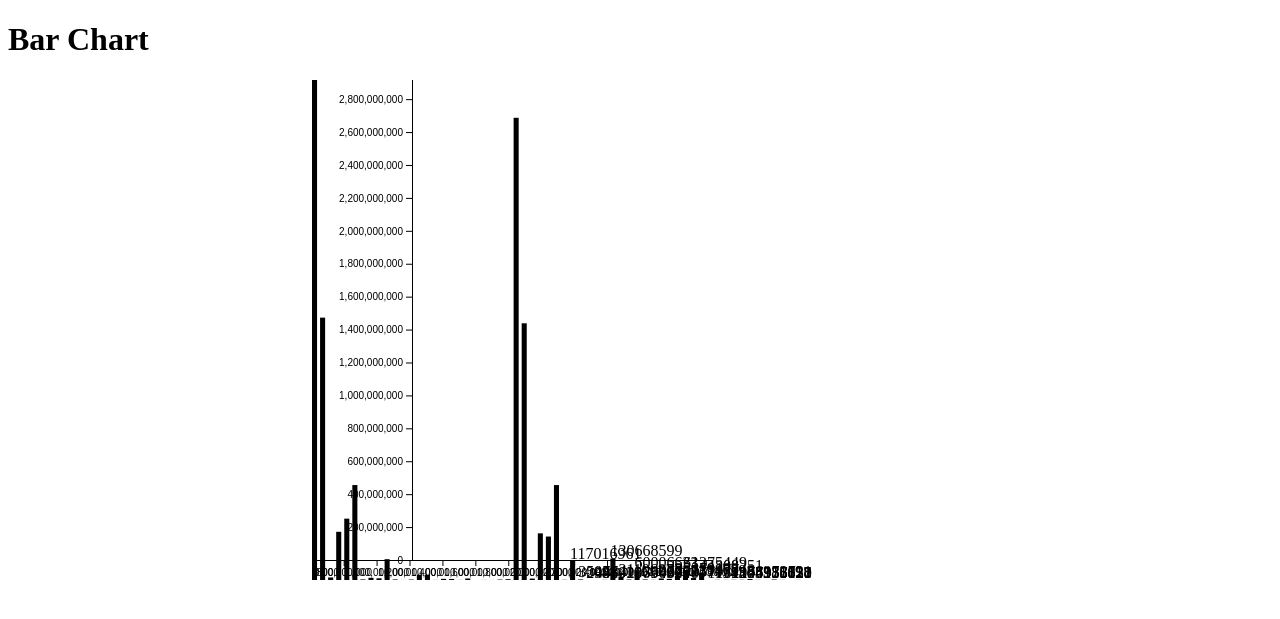
Repository: komalharjani/d3js-visualisation
Page: index.html
The author's editor kept a copy of each file at every save. The page is drawn from the files as they stood at one save, then again after the next save.
The browser window is 1280 px wide. The pictures show the whole page.

Above is the page before, as saved 2020-04-29 18:17:33.

### index.html
<!DOCTYPE html>
<html lang="en">
<head>
    <meta charset="UTF-8">
    <meta name="viewport" content="width=device-width, initial-scale=1.0">
    <title>Information Visualisation Practical 3</title>
</head>
<body>
    <div id="barChart"></div>
    <h1>Bar Chart</h1>
    <svg></svg>

</body>
<script src="https://d3js.org/d3.v5.min.js"></script>
<script src="index.js"></script>
</html>

### index.js

let dataPath = "data/energy.csv";
d3.csv(dataPath)
        .then(function (data) {

                let finals = [];

                //Filter Data into new object
                for (let i = 0; i < data.length; i++) {
                        if (data[i].region == "Combined" && data[i].year == 1990) {
                                finals.push({
                                        amount: parseInt(data[i].amount),
                                        type: data[i].type,
                                })
                        }
                }
                console.log(finals);

                let width = 500;
                let height = 500;
                let margin = {
                        top: 20,
                        right: 20,
                        bottom: 20,
                        left: 50
                };
                let barwidth = (width / finals.length);

                //Append to HTML Document
                let svg = d3.select("body")
                        .append("svg")
                        .attr("height", height)
                        .attr("width", width);

                //Scales
                let xscale = d3.scaleLinear()
                        .domain([0, d3.max(finals, d => d.amount)])
                        .range([0, height]);

                let yscale = d3.scaleLinear()
                        .domain([0, d3.max(finals, d => d.amount)])
                        .range([width, 0]);

                // text scales
                // let yscale = d3.scaleBand()
                // .domain(data.map(d => d.type))
                // .range(0, width);

                //Axis

                let y_axis = d3.axisLeft()
                        .scale(yscale);

                svg.append("g")
                        .attr("transform", "translate(100,-20)")
                        .call(y_axis)


                //X Axis
                let x_axis = d3.axisBottom()
                        .scale(xscale);
                let xAxisTranslate = height - 20;
                svg.append("g")
                        .attr("transform", "translate(-100, " + xAxisTranslate + ")")
                        .call(x_axis)


                //Barchart
                let barChart = svg.selectAll("rect") //add rectangles to all data
                        .data(finals) //provide finals as dataset
                        .enter()
                        .append("rect")
                        .attr("y", function (d) {
                                return height - xscale(d.amount);
                        })
                        .attr("height", function (d) {
                                return xscale(d.amount);
                        })
                        .attr("width", barwidth - 3)
                        //problem is here with displaying axis and
                        .attr("transform", function (d, i) {
                                let translate = [barwidth * i, 0];
                                return "translate(" + translate + ")";
                        })
                        .attr("fill", 'black');

                // Barchart Text
                let text = svg.selectAll("text")
                        .data(finals)
                        .enter()
                        .append("text")
                        .text(function (d) {
                                return d.amount;
                        })
                        .attr("y", function (d, i) {
                                return height - xscale(d.amount) - 2;
                        })
                        .attr("x", function (d, i) {
                                return barwidth * i;
                        })

        });

After the next save:
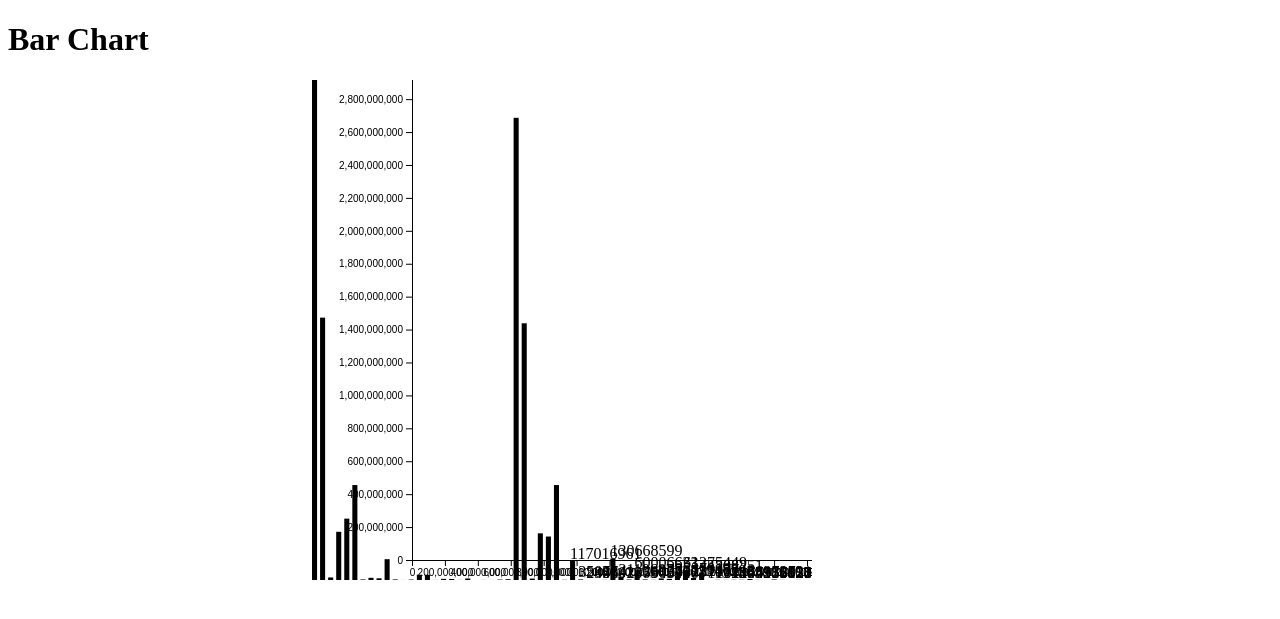
Saved 4 s later.
--- a/index.js
+++ b/index.js
@@ -61,7 +61,7 @@ d3.csv(dataPath)
                         .scale(xscale);
                 let xAxisTranslate = height - 20;
                 svg.append("g")
-                        .attr("transform", "translate(-100, " + xAxisTranslate + ")")
+                        .attr("transform", "translate(100, " + xAxisTranslate + ")")
                         .call(x_axis)
 
 
